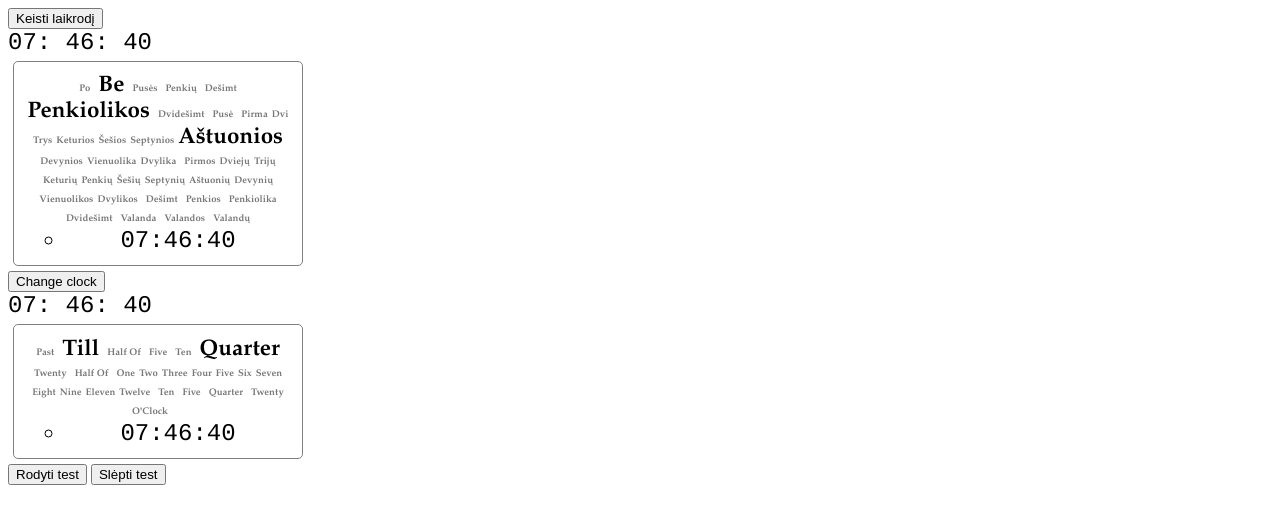
Repository: Skaidrius/WordClock
Page: index.html
The author's editor kept a record of every edit. The page is drawn from the files as they stood at one moment, then again after the next edit.
The browser window is 1280 px wide. The pictures show the whole page.
Some web libraries are served in a nearby version.

Above is the page before.

### index.html
<!DOCTYPE html>
<html>

<head>
    <meta charset="UTF-8">
    <title>Laikrodukas</title>
    <link type="text/css" rel="stylesheet" href="style.css"></link>
</head>

<body ng-app="clockApp">

    <div ng-controller="DataController" ng-init="init();">
        <button ng-click="changeClass()">Keisti laikrodį</button><br>
        <span class="digital">{{currHours}}: {{currMins}}: {{currSecs}}</span>

        <show-big-clock></show-big-clock>
    </div>

    <div ng-controller="DataControllerEn" ng-init="init();">
        <button ng-click="changeClass()">Change clock</button><br>
        <span class="digital">{{currHours}}: {{currMins}}: {{currSecs}}</span>

        <show-big-clock></show-big-clock>
    </div>

    <div ng-controller="TestController" ng-init="currHours = '1'; currMins = '0';">
        <button ng-click="show=true">Rodyti test</button>
        <button ng-click="show=false">Slėpti test</button>
        <div ng-show="show" id="clck-bgr">
        <ul>
            <li ng-class="currMins >= 5 && currMins < 25 || currMins >= 35 && currMins < 40 ? 'active' : 'passive'">{{after}}</li>
            <li ng-class="currMins >= 25 && currMins < 30 || currMins >= 40 ? 'active' : 'passive'">{{till}}</li>
            <li ng-class="currMins >= 35 && currMins < 40 ? 'active' : 'passive'">{{afterhalf}}</li>
            <li ng-class="currMins >= 25 && currMins < 30 || currMins >=  55 ? 'active' : 'passive'">{{fivetill}}</li>
            <li ng-class="currMins >= 50 && currMins < 55 ? 'active' : 'passive'">{{ten}}</li>
            <li ng-class="currMins >= 45 && currMins < 50 ? 'active' : 'passive'">{{quarter}}</li>
            <li ng-class="currMins >= 40 && currMins < 45 ? 'active' : 'passive'">{{twenty}}</li>
            <li ng-class="currMins >= 25 && currMins < 35 ? 'active' : 'passive'">{{half}}</li>

            <li ng-show="item.value!= 13" ng-repeat="item in hoursPastHalf" ng-class="currMins >= 40 && item.value-1 == currHours || currMins < 5 && item.value == currHours ? 'active' : 'passive'">{{item.name }}</li>

            <li ng-show="item.value!= 13" ng-repeat="item in hoursPastZero" ng-class="currMins >= 5 && currMins < 25 && item.value == currHours || currMins >= 25 && currMins < 40 && item.value-1 == currHours ? 'active' : 'passive'">{{item.name }}</li>

            <li ng-class="currMins > 9 && currMins < 15 || currHours == tenHours.value && currMins >= 0 && currMins < 25 || currMins >= 25 && currMins < 60 && tenHours.value-1 == currHours ? 'active' : 'passive'">{{tenHours.name}}</li>

            <li ng-class="currMins < 10 && five.value == currHours ||
                    currMins > 35 && five.value-1 == currHours ||
                    currMins >=5 && currMins < 10 ||
                    currMins >= 35 && currMins < 40 ? 'active' : 'passive'">{{five.name}}</li>

            <li ng-class="currMins >= 15 && currMins < 20? 'active' : 'passive'">{{fifteen}}</li>
            <li ng-class="currMins >= 20 && currMins < 25 ? 'active' : 'passive'">{{twenty}}</li>
            <li ng-class="currMins < 5 && currHours == 1 < 5 ? 'active' : 'passive'">{{hour}}</li>
            <li ng-class="currMins < 5 && currHours > 1 && currHours <= 9 ? 'active' : 'passive'">{{hours}}</li>
            <li ng-class="currMins < 5 && currHours > 9 ? 'active' : 'passive'">{{morehour}}</li>
        </ul>

        <div class="digital">
            <span>{{currHours}}: {{currMins}}</span><br>
         </div>
         <div>
            <input type="number" ng-model="currHours"/></label>
            <input type="number" ng-model="currMins"/></label>
         </div>

    </div>


<script src="https://ajax.googleapis.com/ajax/libs/angularjs/1.3.12/angular.min.js"></script>
<script type="text/javascript" src="app.js"></script>
</body>

</html>

### style.css
body {
    font-family: 'Book Antiqua', 'Palatino Linotype', Palatino, serif;
}

.clck-bgr {
    text-align: center;
    max-width: 300px;
}

.clck-circle {
    max-width: 512px;
    height: auto;
    border: 1px solid grey;
    border-radius: 5px;
    padding: 0.7em;
    margin: 5px;
}
.clck-circle > li    {
    list-style: none;
    display: inline-block;
    padding: 0 2px;
    font-weight: bold;
}

.active   { color: #000; font-size: 1.4em}
.passive  { color: #777; font-size: 0.6em}

.visible   { visibility: visible; font-size: 1.4em}
.hidden  { display: none; font-size: 0.6em}

.digital {
    font-family: ‘Courier New’, Courier, monospace;
    font-size: 24px;
}

.digital::before {
    clear: both;
}

### app.js
var app = angular.module('clockApp', []);
app.controller('DataController', function($scope, $interval, $filter) {

    $scope.init = $interval(function(){
        $scope.input = new Date();
        $scope.currHours = $filter('date')($scope.input, 'hh');
        $scope.currMins = $filter('date')($scope.input, 'mm');
        $scope.currSecs = $filter('date')($scope.input, 'ss');

        $scope.hoursPastHalf= [ {value:   1,     name: "Pirma" },
                        {value:   2,     name: "Dvi"        },
                        {value:   3,     name: "Trys"       },
                        {value:   4,     name: "Keturios"   },
                        {value:   6,     name: "Šešios"     },
                        {value:   7,     name: "Septynios"  },
                        {value:   8,     name: "Aštuonios"  },
                        {value:   9,     name: "Devynios"   },
                        {value:  11,     name: "Vienuolika" },
                        {value:  12,     name: "Dvylika"    },
                        {value:  13,     name: "Pirma"      } ];

        $scope.tenHours = {value:  10,     name: "Dešimt"   };
        $scope.five =   {value:  5,     name:  "Penkios"    };

        $scope.hoursPastZero = [ {value:  1,     name: "Pirmos"     },
                        {value:  2,     name: "Dviejų"      },
                        {value:  3,     name: "Trijų"       },
                        {value:  4,     name: "Keturių"     },
                        {value:  5,     name: "Penkių"      },
                        {value:  6,     name: "Šešių"       },
                        {value:  7,     name: "Septynių"    },
                        {value:  8,     name: "Aštuonių"    },
                        {value:  9,     name: "Devynių"     },
                        {value:  11,    name: "Vienuolikos" },
                        {value:  12,    name: "Dvylikos"    },
                        {value:  13,    name: "Pirmos"      }  ];

        $scope.till = "Be";
        $scope.after = "Po";

        $scope.fivetill = "Penkių";
        $scope.ten = "Dešimt";
        $scope.quarter = "Penkiolikos";
        $scope.fifteen = "Penkiolika";
        $scope.twenty = "Dvidešimt";
        $scope.half = "Pusė";
        $scope.afterhalf = "Pusės";

        $scope.hour = "Valanda";
        $scope.hours = "Valandos";
        $scope.morehour = "Valandų";

    },100 );

    $scope.showClassName = 'active';
    $scope.hiddenClassName = 'passive';

    $scope.changeClass = function(){
        if ($scope.showClassName != "active"){
            $scope.showClassName = "active";
            $scope.hiddenClassName = "passive";
          } else {
            $scope.showClassName = "visible";
            $scope.hiddenClassName = "hidden";
          }
    };

});

app.controller('DataControllerEn', function($scope, $interval, $filter) {

    $scope.init = $interval(function(){
        $scope.input = new Date();
        $scope.currHours = $filter('date')($scope.input, 'hh');
        $scope.currMins = $filter('date')($scope.input, 'mm');
        $scope.currSecs = $filter('date')($scope.input, 'ss');

        $scope.hoursArray= [ {value:   1,     name: "One" },
                        {value:   2,     name: "Two"        },
                        {value:   3,     name: "Three"       },
                        {value:   4,     name: "Four"   },
                        {value:   6,     name: "Six"     },
                        {value:   7,     name: "Seven"  },
                        {value:   8,     name: "Eight"  },
                        {value:   9,     name: "Nine"   },
                        {value:  11,     name: "Eleven" },
                        {value:  12,     name: "Twelve"    },
                        {value:  13,     name: ""      } ];

        $scope.tenHours = {value:  10,     name: "Ten"   };
        $scope.five =   {value:  5,     name:  "Five"    };

        $scope.hoursPastZero = [ {value:  1,     name: "One"     },
                        {value:  2,     name: "Two"      },
                        {value:  3,     name: "Three"       },
                        {value:  4,     name: "Four"     },
                        {value:  5,     name: "Five"      },
                        {value:  6,     name: "Six"       },
                        {value:  7,     name: "Seven"    },
                        {value:  8,     name: "Eight"    },
                        {value:  9,     name: "Nine"     },
                        {value:  11,    name: "Eleven" },
                        {value:  12,    name: "Twelve"    },
                        {value:  13,    name: ""      }  ];

        $scope.till = "Till";
        $scope.after = "Past";

        $scope.fivetill = "Five";
        $scope.ten = "Ten";
        $scope.quarter = "Quarter";
        $scope.fifteen = "Quarter";
        $scope.twenty = "Twenty";
        $scope.half = "Half Of";
        $scope.afterhalf = "Half Of";

        $scope.hour = "O'Clock";

    },100 );

    $scope.showClassName = 'active';
    $scope.hiddenClassName = 'passive';

    $scope.changeClass = function(){
        if ($scope.showClassName != "active"){
            $scope.showClassName = "active";
            $scope.hiddenClassName = "passive";
          } else {
            $scope.showClassName = "visible";
            $scope.hiddenClassName = "hidden";
          }
    };

});

// tests
app.controller('TestController', function($scope, $interval) {  //clone for testing

    $scope.init = $interval(function(){

        $scope.hoursPastHalf= [ {value:   1,     name: "Pirma" },
                        {value:   2,     name: "Dvi"        },
                        {value:   3,     name: "Trys"       },
                        {value:   4,     name: "Keturios"   },
                        {value:   6,     name: "Šešios"     },
                        {value:   7,     name: "Septynios"  },
                        {value:   8,     name: "Aštuonios"  },
                        {value:   9,     name: "Devynios"   },
                        {value:  11,     name: "Vienuolika" },
                        {value:  12,     name: "Dvylika"    },
                        {value:  13,     name: "Pirma"      } ];

        $scope.tenHours = {value:  10,  name: "Dešimt"      };
        $scope.five =   {value:  5,     name:  "Penkios"    };

        $scope.hoursPastZero = [ {value:  1,     name: "Pirmos"     },
                        {value:  2,     name: "Dviejų"      },
                        {value:  3,     name: "Trijų"       },
                        {value:  4,     name: "Keturių"     },
                        {value:  5,     name: "Penkių"      },
                        {value:  6,     name: "Šešių"       },
                        {value:  7,     name: "Septynių"    },
                        {value:  8,     name: "Aštuonių"    },
                        {value:  9,     name: "Devynių"     },
                        {value:  11,    name: "Vienuolikos" },
                        {value:  12,    name: "Dvylikos"    },
                        {value:  13,    name: "Pirmos"      }  ];

        $scope.till = "Be";
        $scope.after = "Po";

        $scope.fivetill = "Penkių";
        $scope.ten = "Dešimt";
        $scope.quarter = "Penkiolikos";
        $scope.fifteen = "Penkiolika";
        $scope.twenty = "Dvidešimt";
        $scope.half = "Pusė";
        $scope.afterhalf = "Pusės";

        $scope.hour = "Valanda";
        $scope.hours = "Valandos";
        $scope.morehour = "Valandų";

},100 );

});

app.directive('showBigClock', function(){
    return {
        templateUrl: 'clock.html'
    };
});

app.directive('showBigClockEn', function(){
    return {
        templateUrl: 'clockEn.html'
    };
});

### clock.html
<div class="clck-bgr">
<ul class= "clck-circle">
    <li ng-class="currMins >= 5 && currMins < 25 || currMins >= 35 && currMins < 40 ? showClassName : hiddenClassName">{{after}}</li>
    <li ng-class="currMins >= 25 && currMins < 30 || currMins >= 40 ? showClassName : hiddenClassName">{{till}}</li>
    <li ng-class="currMins >= 35 && currMins < 40 ? showClassName : hiddenClassName ">{{afterhalf}}</li>
    <li ng-class="currMins >= 25 && currMins < 30 || currMins >=  55 ? showClassName : hiddenClassName">{{fivetill}}</li>
    <li ng-class="currMins >= 50 && currMins < 55 && currMins >=10 && currMins < 20 ? showClassName : hiddenClassName">{{ten}}</li>
    <li ng-class="currMins >= 45 && currMins < 50 ? showClassName : hiddenClassName">{{quarter}}</li>
    <li ng-class="currMins >= 40 && currMins < 45 ? showClassName : hiddenClassName">{{twenty}}</li>
    <li ng-class="currMins >= 25 && currMins < 35 ? showClassName : hiddenClassName">{{half}}</li>

    <li ng-show="item.value!= 13" ng-repeat="item in hoursPastHalf" ng-class="currMins >= 40 && item.value-1 == currHours || currMins < 5 && item.value == currHours ? showClassName : hiddenClassName">{{item.name }}</li>
    <li ng-show="item.value!= 13" ng-repeat="item in hoursPastZero" ng-class="currMins >= 5 && currMins < 25 && item.value == currHours || currMins >= 25 && currMins < 40 && item.value-1 == currHours ? showClassName : hiddenClassName">{{item.name }}</li>

    <li ng-class="currMins > 9 && currMins < 15 || currHours == tenHours.value && currMins >= 0 && currMins < 25 || currMins >= 25 && currMins < 60 && tenHours.value-1 == currHours ? showClassName : hiddenClassName">{{tenHours.name}}</li>

    <li ng-class="currMins < 10 && five.value == currHours ||
                    currMins > 35 && five.value-1 == currHours ||
                    currMins >=5 && currMins < 10 ||
                    currMins >= 35 && currMins < 40 ? showClassName : hiddenClassName">{{five.name}}</li>

    <li ng-class="currMins >= 15 && currMins < 20 ? showClassName : hiddenClassName">{{fifteen}}</li>
    <li ng-class="currMins >= 20 && currMins < 25 ? showClassName : hiddenClassName">{{twenty}}</li>
    <li ng-class="currMins < 5 && currHours == 1 < 5 ? showClassName : hiddenClassName">{{hour}}</li>
    <li ng-class="currMins < 5 && currHours > 1 && currHours <= 9 ? showClassName : hiddenClassName">{{hours}}</li>
    <li ng-class="currMins < 5 && currHours > 9 ? showClassName : hiddenClassName">{{morehour}}</li>
    <ul>
        <li class="digital" >{{currHours}}:{{currMins}}:{{currSecs}}</li>
    </ul>
</ul>
</div>

### clockEn.html
<div class="clck-bgr">
<ul class= "clck-circle">
    <li ng-class="currMins < 10 && five.value == currHours ||
                    currMins > 35 && five.value-1 == currHours ||
                    currMins >=5 && currMins < 10 ||
                    currMins >= 35 && currMins < 40 ? showClassName : hiddenClassName">{{five.name}}</li>
    <li ng-class="currMins >= 50 && currMins < 55 || currMins >=10 && currMins < 15 ? showClassName : hiddenClassName">{{ten}}</li>
    <li ng-class="currMins >= 15 && currMins < 20 ? showClassName : hiddenClassName">{{fifteen}}</li>
    <li ng-class="currMins >= 40 && currMins < 45 ||
                    currMins >= 20 && currMins < 25 ||
                    currMins >= 45 && currMins < 50 ? showClassName : hiddenClassName">{{twenty}}</li>

    <li ng-class="currMins >= 25 && currMins < 30 || currMins >= 40 ? showClassName : hiddenClassName">{{till}}</li>
    <li ng-class="currMins >= 5 && currMins < 25 || currMins >= 35 && currMins < 40 ? showClassName : hiddenClassName">{{after}}</li>
    <li ng-class="currMins >= 25 && currMins < 35 ||
                currMins >= 35 && currMins < 40 || currMins >= 35 && currMins < 40 ? showClassName : hiddenClassName">{{half}}</li>
    <li ng-class="currMins >= 25 && currMins < 30 || currMins >=  55 ? showClassName : hiddenClassName">{{fivetill}}</li>

    <!--<li ng-class="currMins >= 5 && currMins < 25 || currMins >= 35 && currMins < 40 ? showClassName : hiddenClassName">{{after}}</li>-->

    <li ng-show="item.value!= 13" ng-repeat="item in hoursArray"
        ng-class="currMins >= 40 && item.value-1 == currHours ||
        currMins < 5 && item.value == currHours ||
        currMins >= 5 && currMins < 25 && item.value == currHours ||
        currMins >= 25 && currMins < 40 && item.value-1 == currHours ? showClassName : hiddenClassName">{{item.name }}</li>
    <!--<li ng-show="item.value!= 13" ng-repeat="item in hoursPastZero" ng-class="currMins >= 5 && currMins < 25 && item.value == currHours || currMins >= 25 && currMins < 40 && item.value-1 == currHours ? showClassName : hiddenClassName">{{item.name }}</li>-->

    <li ng-class="currHours == tenHours.value && currMins >= 0 && currMins < 25 ||
                currMins >= 25 && currMins < 60 && tenHours.value-1 == currHours ? showClassName : hiddenClassName">{{tenHours.name}}</li>

    <li ng-class="currMins < 5 ? showClassName : hiddenClassName">{{hour}}</li>
    <ul>
        <li class="digital" >{{currHours}}:{{currMins}}:{{currSecs}}</li>
    </ul>

</ul>




</div>

After the next edit:
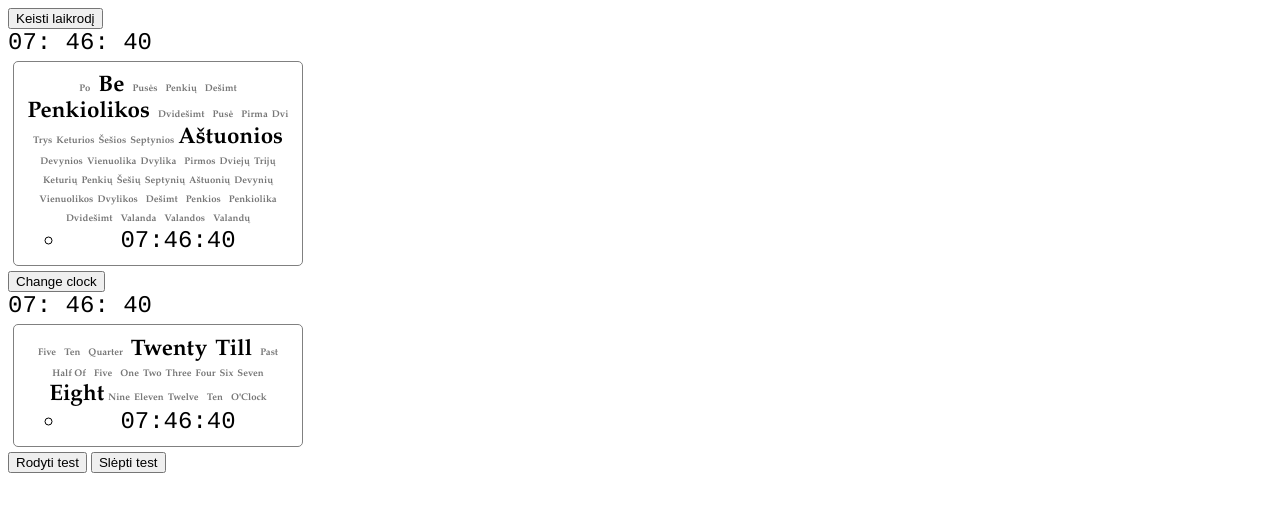
The edit:
--- a/index.html
+++ b/index.html
@@ -20,7 +20,7 @@
         <button ng-click="changeClass()">Change clock</button><br>
         <span class="digital">{{currHours}}: {{currMins}}: {{currSecs}}</span>
 
-        <show-big-clock></show-big-clock>
+        <show-big-clock-en></show-big-clock-en>
     </div>
 
     <div ng-controller="TestController" ng-init="currHours = '1'; currMins = '0';">
